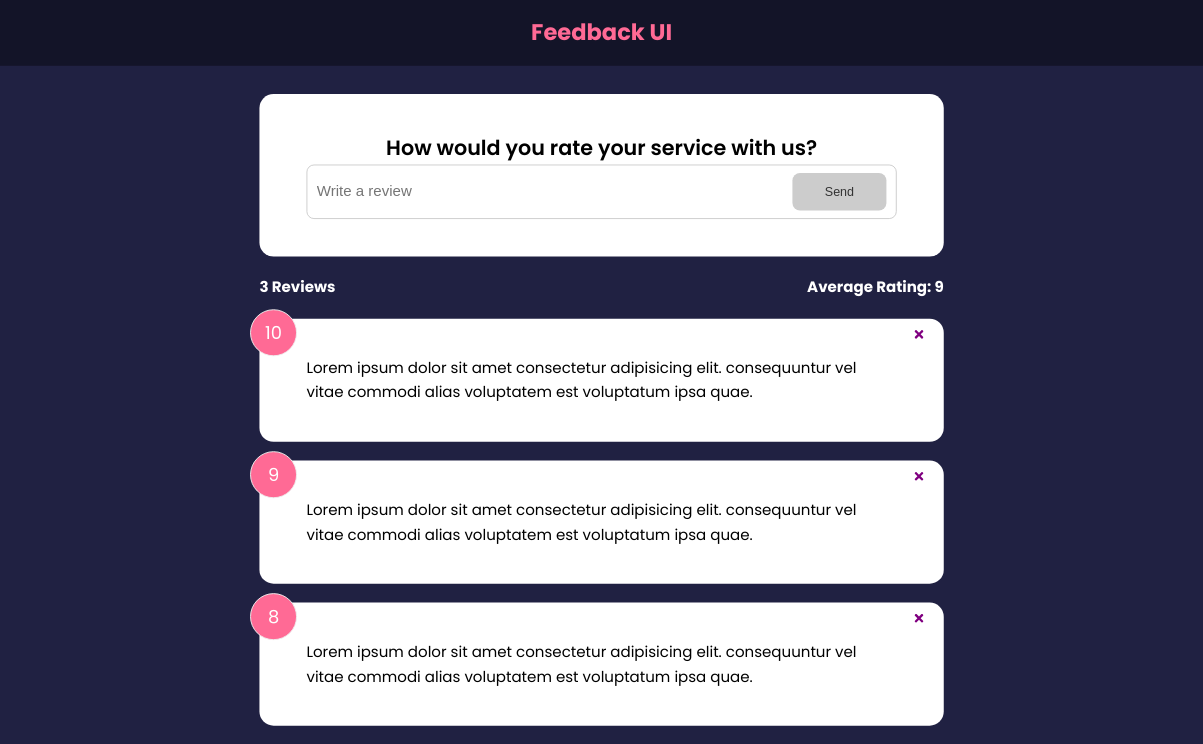
Repository: minhtien9/Feedback_App
Page: /
The author's editor kept a copy of each file at every save. The page is drawn from the files as they stood at one save, then again after a run of saves.
The browser window is 1280 px wide. The pictures show the whole page, at 94% of full size.
The project was rebuilt for these pictures with package versions that can differ from the ones it lists, and the page was loaded fresh each time.

Above is the page before, as saved 2022-02-18 15:13:51.

After the next 5 saves:
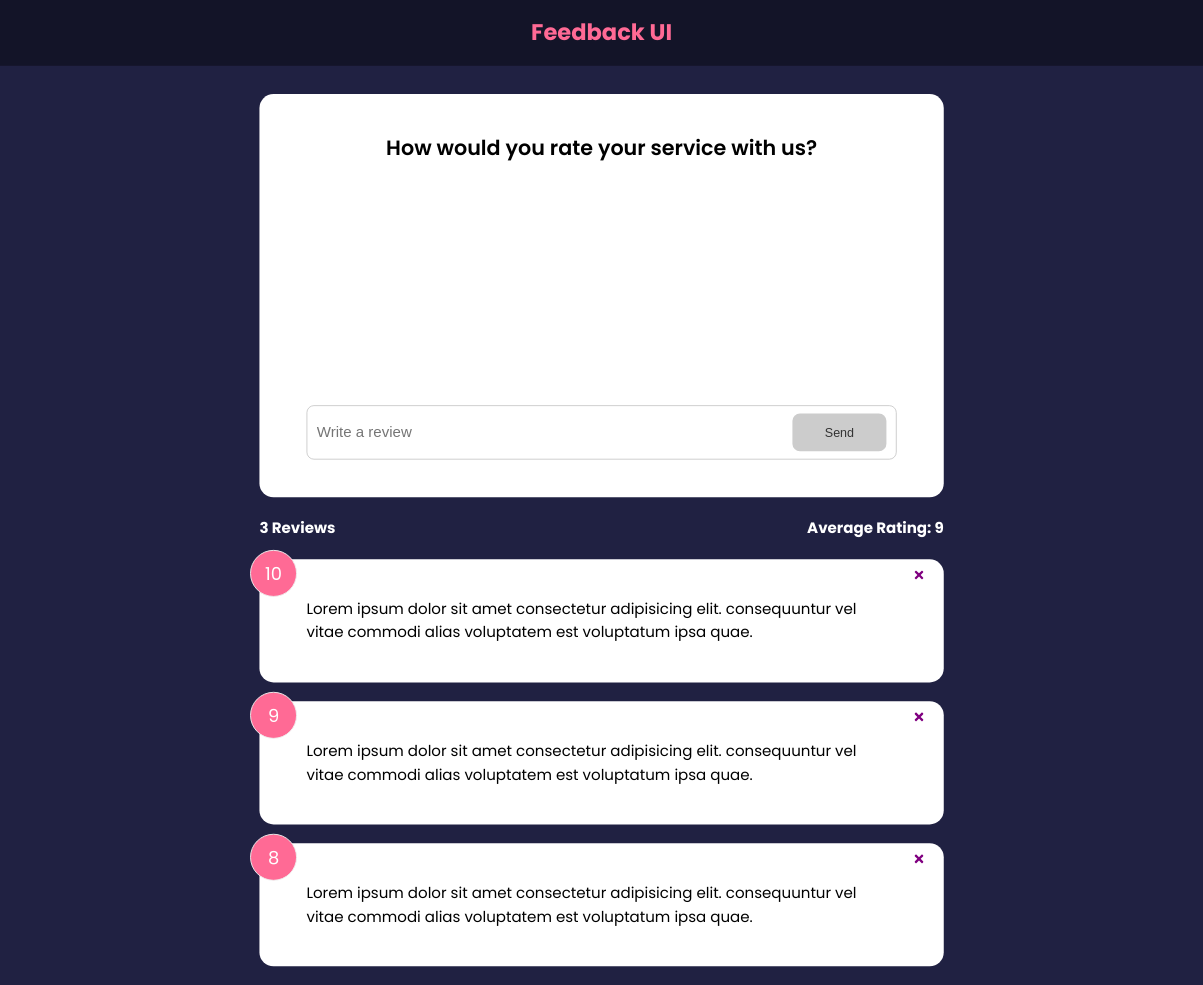
The 5 saves are shown as one change because 4 did not build or start.
The last was saved 5 min 54 s later.
--- a/src/components/RatingSelect.jsx
+++ b/src/components/RatingSelect.jsx
@@ -2,7 +2,112 @@ import { useState } from 'react'
 
 function RatingSelect({ select }) {
     const [selected, setSelected] = useState(10)
-    return <div></div>
+
+    const handleChange = () => {}
+    return (
+        <ul>
+            <li>
+                <input
+                    type='radio'
+                    id='num1'
+                    name='rating'
+                    value='1'
+                    onChange={handleChange}
+                    checked={selected === 1}
+                />
+            </li>
+            <li>
+                <input
+                    type='radio'
+                    id='num2'
+                    name='rating'
+                    value='2'
+                    onChange={handleChange}
+                    checked={selected === 2}
+                />
+            </li>
+            <li>
+                <input
+                    type='radio'
+                    id='num3'
+                    name='rating'
+                    value='3'
+                    onChange={handleChange}
+                    checked={selected === 3}
+                />
+            </li>
+            <li>
+                <input
+                    type='radio'
+                    id='num4'
+                    name='rating'
+                    value='4'
+                    onChange={handleChange}
+                    checked={selected === 4}
+                />
+            </li>
+            <li>
+                <input
+                    type='radio'
+                    id='num5'
+                    name='rating'
+                    value='5'
+                    onChange={handleChange}
+                    checked={selected === 5}
+                />
+            </li>
+            <li>
+                <input
+                    type='radio'
+                    id='num6'
+                    name='rating'
+                    value='6'
+                    onChange={handleChange}
+                    checked={selected === 6}
+                />
+            </li>
+            <li>
+                <input
+                    type='radio'
+                    id='num7'
+                    name='rating'
+                    value='7'
+                    onChange={handleChange}
+                    checked={selected === 7}
+                />
+            </li>
+            <li>
+                <input
+                    type='radio'
+                    id='num8'
+                    name='rating'
+                    value='8'
+                    onChange={handleChange}
+                    checked={selected === 8}
+                />
+            </li>
+            <li>
+                <input
+                    type='radio'
+                    id='num9'
+                    name='rating'
+                    value='9'
+                    onChange={handleChange}
+                    checked={selected === 9}
+                />
+            </li>
+            <li>
+                <input
+                    type='radio'
+                    id='num10'
+                    name='rating'
+                    value='10'
+                    onChange={handleChange}
+                    checked={selected === 10}
+                />
+            </li>
+        </ul>
+    )
 }
 
 export default RatingSelect
